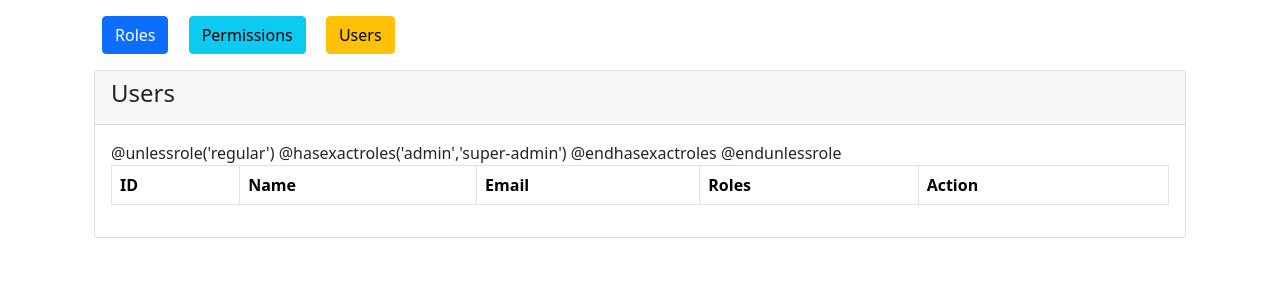
Repository: viisantos/permission_demo
Page: http://localhost/users
An editor plug-in stored every save of this project. The page is shown before and after the next save, followed by the edit.
The browser window is 1280 px wide. The pictures show the whole page.
The page is served by the project's Laravel application, run on PHP 8.4 with Laravel 10. Other server files are loaded and not shown. Queries for data that is not in the repository find no rows.

Above is the page before, as saved 2024-06-22 17:56:51.

### routes/web.php
<?php

use App\Http\Controllers\ProfileController;
use Illuminate\Support\Facades\Route;

/*
|--------------------------------------------------------------------------
| Web Routes
|--------------------------------------------------------------------------
|
| Here is where you can register web routes for your application. These
| routes are loaded by the RouteServiceProvider and all of them will
| be assigned to the "web" middleware group. Make something great!
|
*/

Route::get('/', function () {
    return view('welcome');
});

Route::get('/dashboard', function () {
    return view('dashboard');
})->middleware(['auth', 'verified'])->name('dashboard');

/*
Route::middleware('auth')->group(function () {

});*/

Route::group(['middleware' => ['role:super-admin|admin|regular']], function () {
    Route::get('/profile', [ProfileController::class, 'edit'])->name('profile.edit');
    Route::patch('/profile', [ProfileController::class, 'update'])->name('profile.update');
    Route::delete('/profile', [ProfileController::class, 'destroy'])->name('profile.destroy');
    Route::name('profile.destroy')->middleware('permission:delete role');
    Route::resource('permissions', App\Http\Controllers\PermissionController::class);
    //Route::get('permissions/{permissionId}/delete', [App\Http\Controllers\PermissionController::class, 'destroy']);
    Route::resource('roles', App\Http\Controllers\RoleController::class);
   // Route::get('roles/{roleId}/delete', [App\Http\Controllers\RoleController::class, 'destroy']);
    Route::get('roles/{role}/add-permissions', [App\Http\Controllers\RoleController::class, 'addPermissionToRole'])->name('roles.add-permissions');
    Route::put('roles/{role}/give-permissions', [App\Http\Controllers\RoleController::class, 'givePermissionToRole'])->name('roles.give-permissions');
    Route::resource('users', App\Http\Controllers\UserController::class);
    //Route::get('users/{userId}/delete', [App\Http\Controllers\UserController::class, 'destroy']);
});

require __DIR__.'/auth.php';

### app/Http/Controllers/UserController.php
<?php

namespace App\Http\Controllers;

use Illuminate\Http\Request;
use App\Models\User;
use Illuminate\Support\Facades\Hash;
use Spatie\Permission\Models\Role;

class UserController extends Controller
{
    public function __construct(){
        $this->middleware('permission:delete user', ['only' => ['destroy']]);
        $this->middleware('permission:update user', ['only' => ['update','edit']]);
        $this->middleware('permission:view user',   ['only' => ['index','show']]);
        $this->middleware('permission:create user', ['only' => ['create','store']]);
    }
    public function index(){
        $users = User::get();
        return view('role-permission.user.index', compact('users'));
    }

    public function create(){
        $roles = Role::pluck('name','name')->all();
        return view('role-permission.user.create', compact('roles'));
    }
    public function store(Request $request){
      /*
        $request->validate([
            'name' => 'required|string|max:255',
            'email' => 'required|email|max:255',
            'password' => 'required|string|min:8|max:20',
            'roles' => 'required'
        ]);*/


        $user = User::create([
            'name'  => $request->name,
            'email' => $request->email,
            'password' => Hash::make($request->password),
        ]);


        $user->syncRoles($request->roles);


        return redirect('/users')->with('status','User created successfully with roles');

    }

    public function edit(User $user){
        $roles = Role::pluck('name','name')->all();
        $userRoles = $user->roles->pluck('name','name')->all();
        return view('role-permission.user.edit', compact('user','roles','userRoles'));
    }

    public function update(Request $request, User $user){

        $data = [
            'name'  => $request->name,
            'email' => $request->email
        ];

        if(!empty($request->password)){
            $data += [
                'password' => Hash::make($request->password),
            ];
        }

        $user->update($data);
        $user->syncRoles($request->roles);

        return redirect('/users')->with('status','User updated successfully');
    }

    public function destroy(User $user){
        //$user = User::findOrFail($userId);
        $user->delete();
        return redirect('/users')->with('status','User deleted successfully');
    }
}

### resources/views/role-permission/user/index.blade.php
<head>
    <link href="https://cdn.jsdelivr.net/npm/bootstrap@5.3.2/dist/css/bootstrap.min.css" rel="stylesheet" integrity="sha384-T3c6CoIi6uLrA9TneNEoa7RxnatzjcDSCmG1MXxSR1GAsXEV/Dwwykc2MPK8M2HN" crossorigin="anonymous">
    <link rel="stylesheet" href="https://cdn.jsdelivr.net/npm/bootstrap@5.1.3/dist/css/bootstrap.min.css" />
</head>
@include('role-permission.nav-links')
<div class="container">
    <div class="row">
        <div class="col-md-12">
            @if(session('status'))
                <div class="alert alert-success">
                    {{ session('status') }}
                </div>
            @endif
            <div class="card mt-3">
                <div class="card-header">
                    <h4>Users</h4>
                    @can('create user')
                        <a href="{{ route('users.create') }}" class="btn btn-primary float-end">Add User</a>
                    @endcan
                </div>
                <div class="card-body">
                    <table class="table table-bordered table-striped">
                        <thead>
                            <tr>
                                <th>ID</th>
                                <th>Name</th>
                                <th>Email</th>
                                <th>Roles</th>

                                @unlessrole('regular')
                                    @hasexactroles('admin','super-admin')
                                        <th>Action</th>
                                    @endhasexactroles
                                @endunlessrole

                            </tr>
                        </thead>
                        <tbody>
                            @foreach($users as $user)
                                <tr>
                                    <td>{{ $user->id }}</td>
                                    <td>{{ $user->name }}</td>
                                    <td>{{ $user->email }}</td>
                                    <td>
                                        @if(!empty($user->getRoleNames()))
                                            @foreach($user->getRoleNames() as $rolename)
                                                <label class="badge bg-primary mx-1">{{ $rolename }}</label>
                                            @endforeach
                                        @endif
                                    </td>
                                    @unlessrole('regular')
                                        @hasrole('admin')
                                            <td>
                                                @can('update user')
                                                    <a href="{{ route('users.edit', ['user' => $user->id]) }}" class="btn btn-success">Edit</a>
                                                @endcan
                                                @can('delete user')
                                                    <form action="{{ route('users.destroy', $user->id) }}" method="POST" style="display: inline;">
                                                        @csrf
                                                        @method('DELETE')
                                                        <button type="submit" class="btn btn-danger">Delete</button>
                                                    </form>
                                                @endcan
                                            </td>
                                        @endhasrole
                                    @endunlessrole
                                </tr>
                            @endforeach
                        </tbody>
                    </table>
                </div>
            </div>
        </div>
    </div>
</div>

### resources/views/role-permission/nav-links.blade.php
<div class="container mt-3">
    <a href="{{ route('roles.index') }}" class="btn btn-primary mx-2">Roles</a>
    <a href="{{ route('permissions.index') }}" class="btn btn-info mx-2">Permissions</a>
    <a href="{{ route('users.index') }}" class="btn btn-warning mx-2">Users</a>
</div>

Loaded but not shown: routes/auth.php (common file); app/Http/Controllers/Auth/EmailVerificationPromptController.php (common file); app/Http/Controllers/Controller.php (common file); app/Http/Controllers/Auth/VerifyEmailController.php (common file); app/Models/User.php (common file)

After the next save:
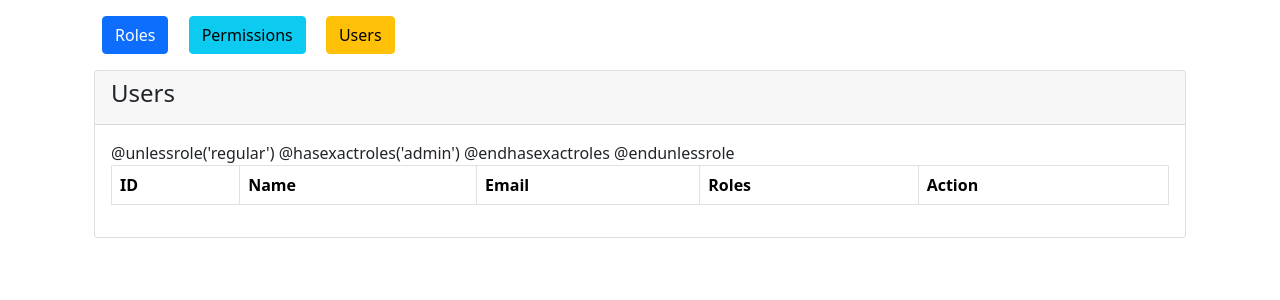
Saved 9 s later.
--- a/resources/views/role-permission/user/index.blade.php
+++ b/resources/views/role-permission/user/index.blade.php
@@ -28,7 +28,7 @@
                                 <th>Roles</th>
 
                                 @unlessrole('regular')
-                                    @hasexactroles('admin','super-admin')
+                                    @hasexactroles('admin')
                                         <th>Action</th>
                                     @endhasexactroles
                                 @endunlessrole
